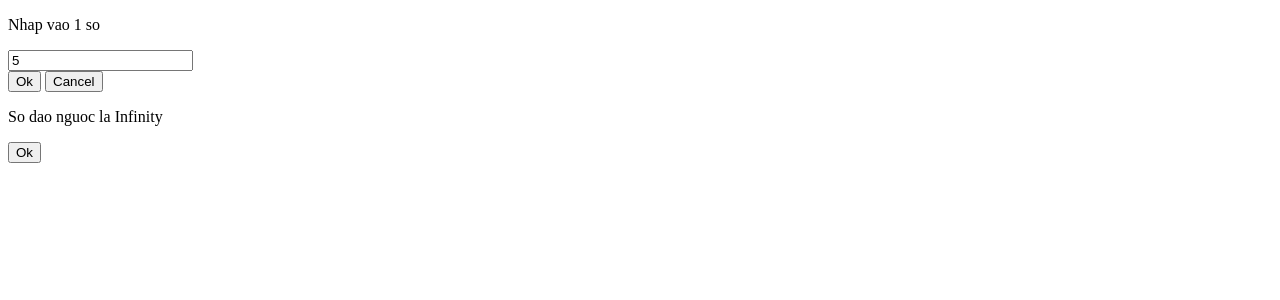
Repository: lhggiang/Sodaonguoc
Page: index.html
An editor plug-in stored every save of this project. The page is shown before and after the next save, followed by the edit.
The browser window is 1280 px wide. The pictures show the whole page.
Empty fields were first filled with sample values (such as "Sample", 5 or name@example.com).
After loading, the first visible `#yes` was clicked once.

Above is the page before, as saved 2023-05-18 22:14:28.

After the next save:
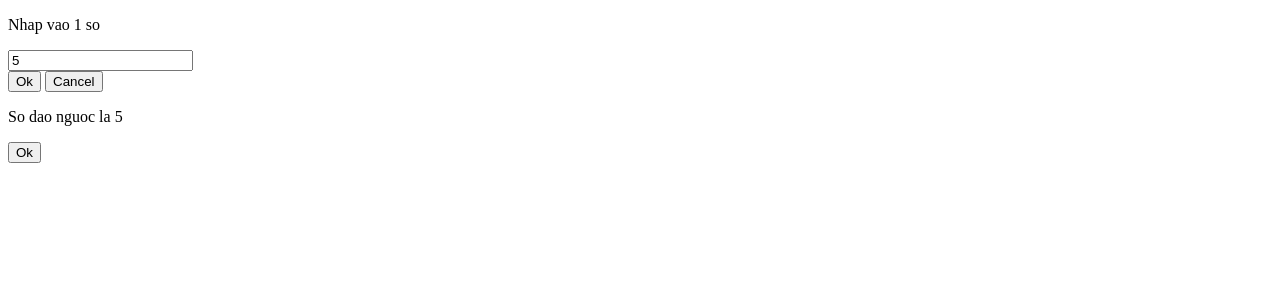
Saved 51 min 32 s later.
--- a/javascript.js
+++ b/javascript.js
@@ -5,7 +5,7 @@ document.getElementById("yes").onclick = function () {
   let res = 0;
   while (num > 0) {
     res = res * 10 + (num % 10);
-    num /= 10;
+    num = parseInt(num / 10);
   }
   let result = document.getElementById("result");
   result.innerHTML = res;
